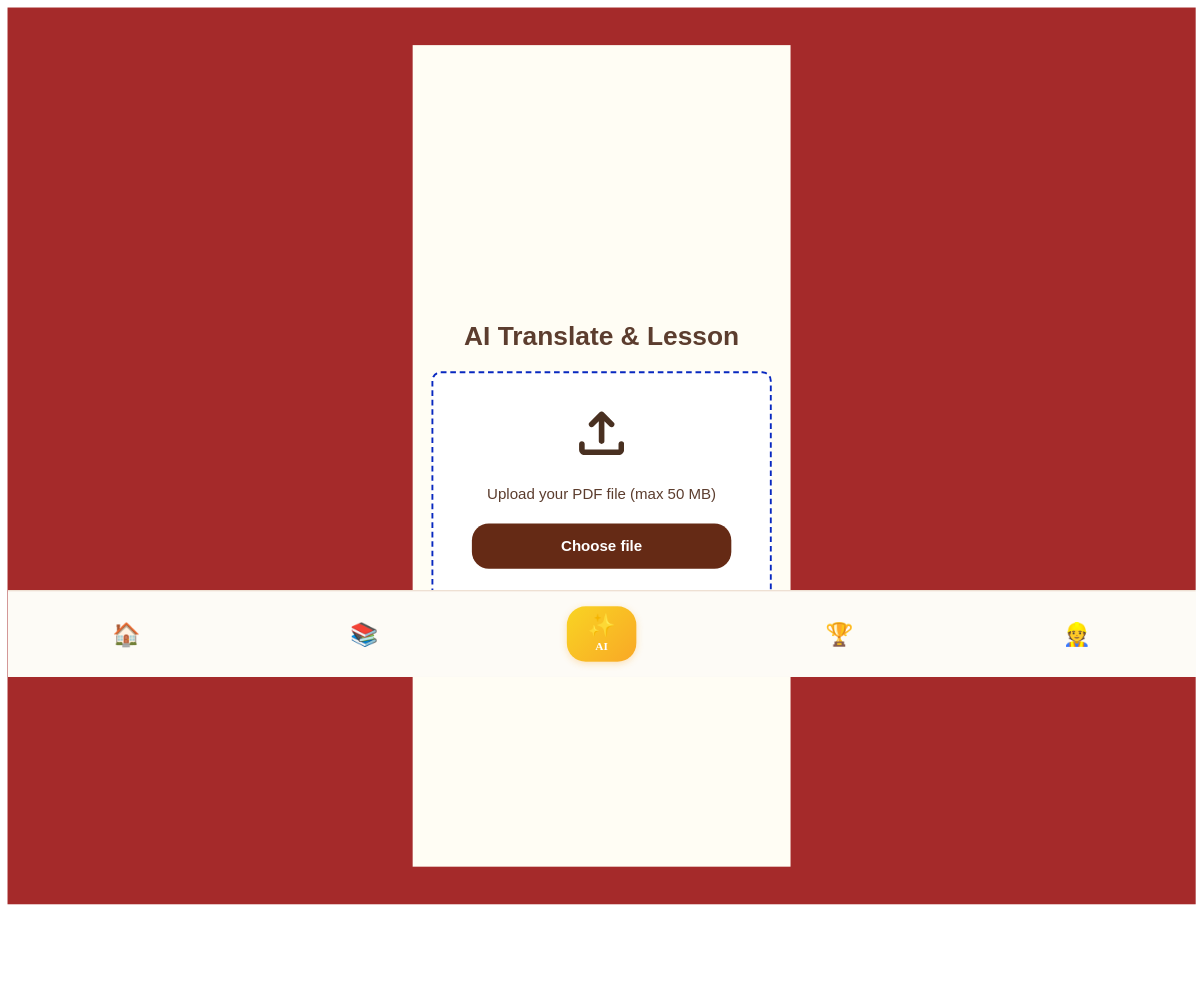
Repository: richelletiongson/Jargon_FrontendShowcase
Page: / (app in jargon_frontend/)
The author's editor kept a copy of each file at every save. The page is drawn from the files as they stood at one save, then again after the next save.
The browser window is 1280 px wide. The pictures show the whole page, at 94% of full size.
The project was rebuilt for these pictures with package versions that can differ from the ones it lists, and the page was loaded fresh each time. Also part of the build but not shown: jargon_frontend/vite.config.js, jargon_frontend/src/index.css, jargon_frontend/src/home_pages/Home.jsx, jargon_frontend/src/course_pages/Course.jsx, jargon_frontend/src/charts_pages/Charts.jsx, jargon_frontend/src/profile_pages/Profile.jsx.

Above is the page before, as saved 2025-10-22 14:49:31.

After the next save:
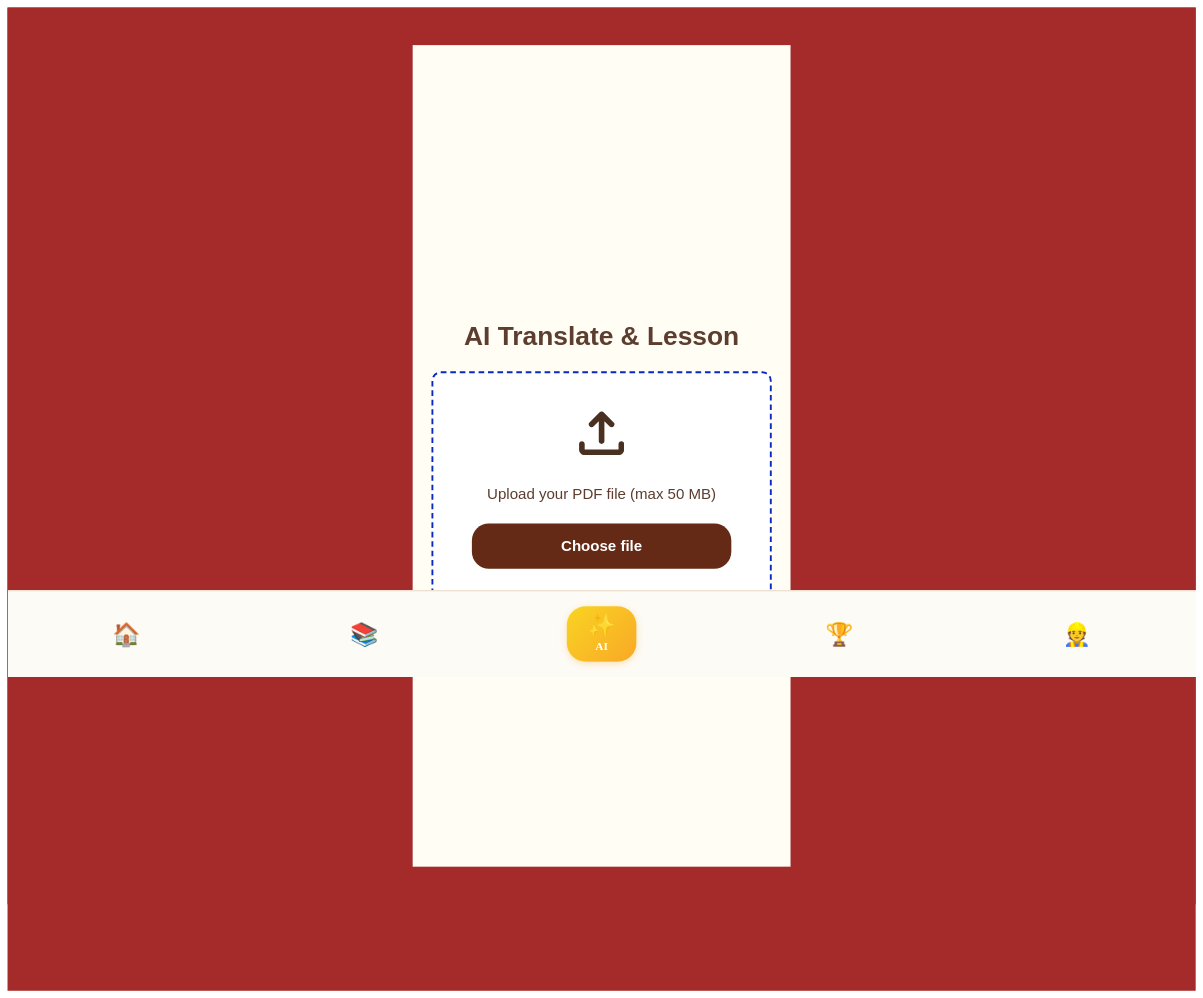
Saved 98 s later.
--- a/jargon_frontend/src/App.css
+++ b/jargon_frontend/src/App.css
@@ -3,3 +3,9 @@ main {
   padding: 0;
   margin: 0;
 }
+
+.page {
+  background-color: brown ;
+  padding: 0;
+  margin: 0;
+}
